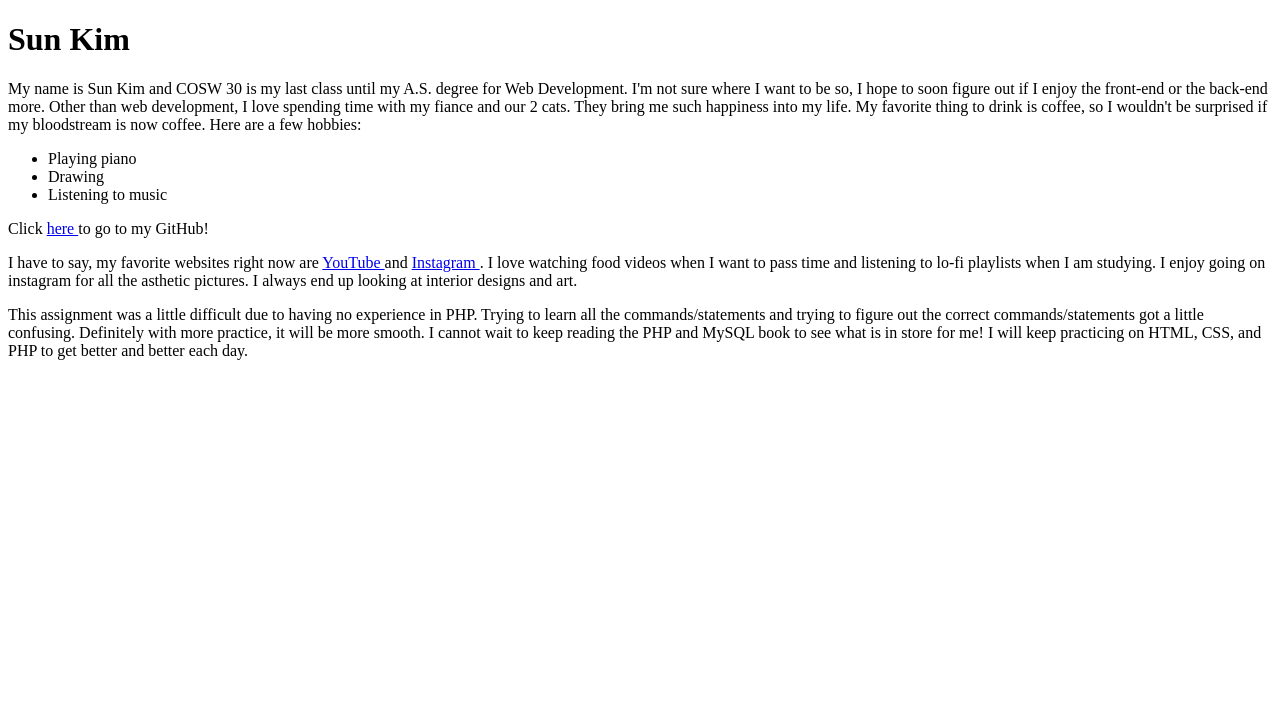
Repository: sunkim96/cosw30
Page: http://localhost/homework/labwork/lab1.php
The author's editor kept a record of every edit. The page is drawn from the files as they stood at one moment, then again after the next edit.
The browser window is 1280 px wide. The pictures show the whole page.
The page is run by PHP 8.4 with error messages shown; the project is at /var/www/html/.

Above is the page before.

### homework/labwork/lab1.php
<!doctype html>
<html>
<head>
    <title>Labwork 1: Hello World</title>
    <style></style>
</head>
    <body>
        <h1>Sun Kim</h1>
        <p>My name is Sun Kim and COSW 30 is my last class until my A.S. degree for Web Development.
        I'm not sure where I want to be so, I hope to soon figure out if I enjoy the front-end or the back-end
        more. Other than web development, I love spending time with my fiance and our 2 cats. They bring me such happiness
        into my life. My favorite thing to drink is coffee, so I wouldn't be surprised if my bloodstream is now coffee.
        Here are a few hobbies:
        <ul>
        <li>Playing piano</li>
        <li>Drawing</li>
        <li>Listening to music</li>
        </ul>
        Click <a href="https://github.com/sunkim96" target="blank"> here </a> to go to my GitHub!
        </p>
        <?php
            echo '<p>I have to say, my favorite websites right now are <a href="https://www.youtube.com/"> YouTube </a> and <a href="https://instagram.com/"> Instagram </a>.
            I love watching food videos when I want to pass time and listening to lo-fi playlists when I am studying. I enjoy going on instagram for all the asthetic pictures. I always
            end up looking at interior designs and art.</p>';
            echo '<p>This assignment was a little difficult due to having no experience in PHP. Trying to learn all the commands/statements and trying to figure out the correct commands/statements got a little
            confusing. Definitely with more practice, it will be more smooth. I cannot wait to keep reading the PHP and MySQL book to see what is in store for me!
            I will keep practicing on HTML, CSS, and PHP to get better and better each day. </p>'

        ?>
    </body>
</html>

After the next edit:
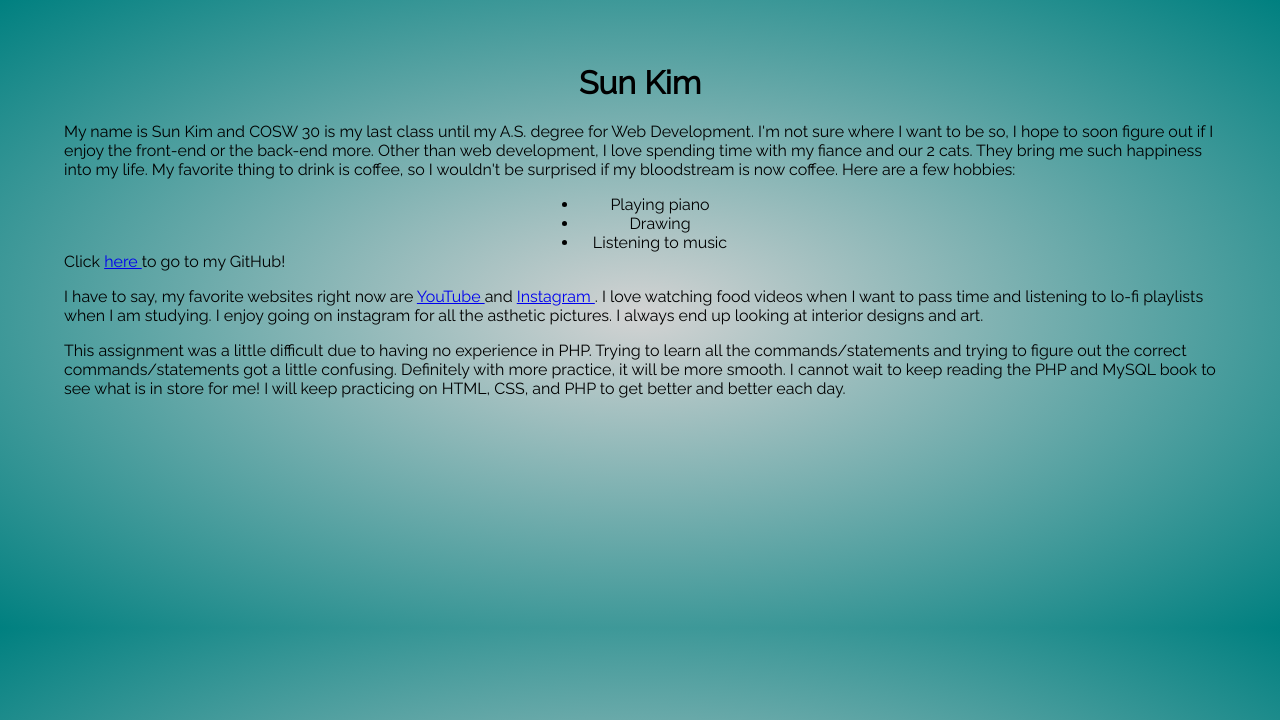
The edit:
--- a/homework/labwork/lab1.php
+++ b/homework/labwork/lab1.php
@@ -2,7 +2,36 @@
 <html>
 <head>
     <title>Labwork 1: Hello World</title>
-    <style></style>
+    <style>
+        @import url('https://fonts.googleapis.com/css?family=Raleway:300i,400');
+
+body {
+ height: 500px;
+  background-color: #cccccc;
+  background-image: radial-gradient(lightgrey, teal);
+  font-family: 'Raleway', sans-serif;
+   position: justify;
+   width: auto;
+   margin: 5%;
+}
+
+
+h1 {
+   text-align: center;
+}
+
+ul {
+   text-align: center;
+    width: 14%;
+    margin: auto;
+}
+
+#github {
+   text-align: center;
+   font-weight: bold;
+   font-style: italic;
+}
+    </style>
 </head>
     <body>
         <h1>Sun Kim</h1>
